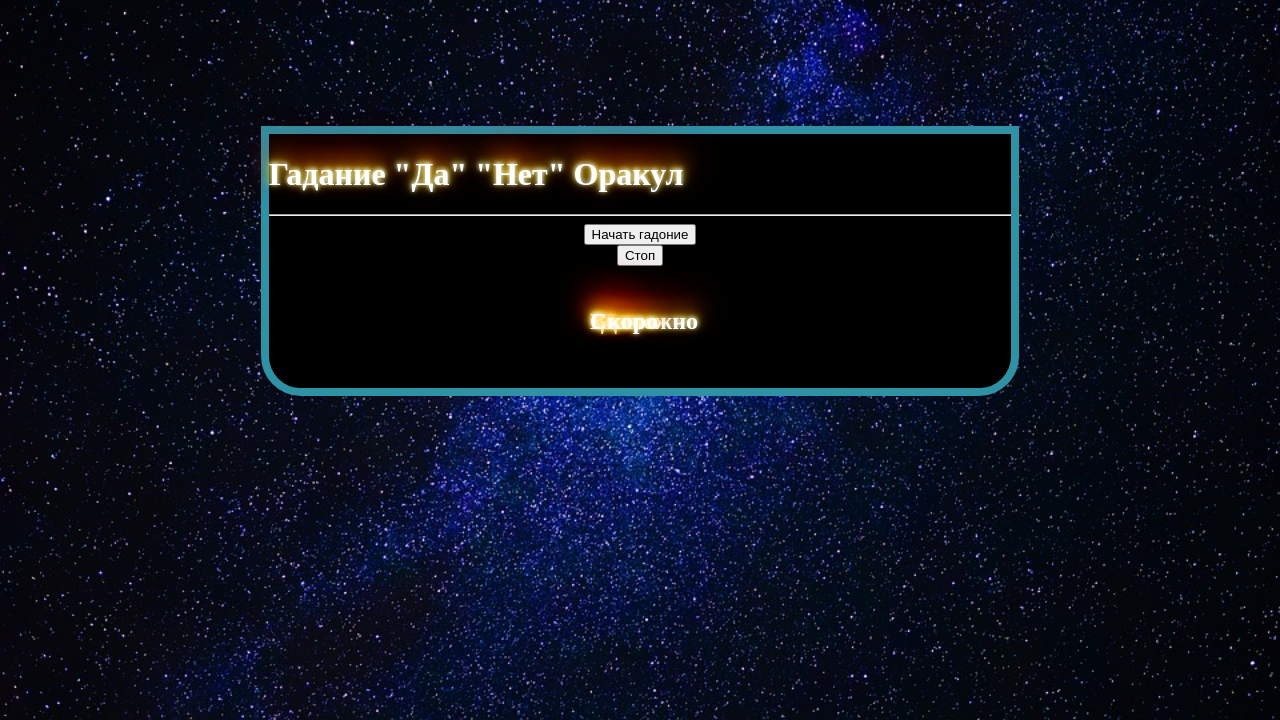
Repository: vadhub/JSP-Service
Page: http://localhost/JSPage/
The author's editor kept a copy of each file at every save. The page is drawn from the files as they stood at one save, then again after the next save.
The browser window is 1280 px wide. The pictures show the whole page.
The page is served by Tomcat 9. Other server files are loaded and not shown.

Above is the page before, as saved 2019-07-23 09:47:53.
Console error: ReferenceError: docement is not defined

### JSPage/WebContent/index.jsp
<%@page import="java.io.PrintWriter"%>
<%@ page language="java" contentType="text/html; charset=UTF-8" pageEncoding="UTF-8"%>
<!DOCTYPE html>
<html>
<head>
<meta charset="UTF-8">
<title>Service</title>

<link rel="stylesheet" href="${pageContext.request.contextPath}/styles.css">
<script type="text/javascript" src="${pageContext.request.contextPath}/scripts.js"></script>

</head>
<body>
<div class=cont>
<h1>Гадание "Дa" "Нет"     Оракул</h1>

<hr/>
<%!String answers[] = {"Да", "Нет", "Возможно", "Скоро"}; %>
<%!int i = (int) (Math.random()*4); %>


<center>
 <form method="post">
 <input type="submit" name="button1" value="Начать гадоние"/>

 </form>
 <input type="submit" name="but" value="Стоп" onclick="anima.nextElementSibling.classList.toggle('paused');" id="stopbtn"/>
<div>
 	<div class="loader" id="anima">
 	 <span><h2>Да</h2></span>
  	<span><h2>Нет</h2></span>
  	<span><h2>Возможно</h2></span>
  	<span><h2>Скоро</h2></span>

  	<h1><%if(request.getParameter("button1") != null){ %>
		<%= answers[i]%>
		<%}%>
	</h1>
	</div>
</div>
<center/>

</div>
</body>
</html>

### JSPage/WebContent/styles.css
h1{

	color: #FFFFFF;
	background: #000;
	text-shadow: 0 -1px 4px #FFF, 0 -2px 10px #ff0, 0 -10px 20px #ff8000, 0 -18px 40px #F00;
}


div.cont{
	margin-top:10%;
	margin-bottom:-5%;
	margin-left:20%;
	margin-right:20%;
	border: 8px solid #2E91A4;
	border-radius: 0px 0px 40px 40px;
	background: #000;
}
@keyframes span-1 {
  0% {transform:translate(100px);}
  50% {transform:translate(50px);}
  100%{transform:translate(0);}
  from { opacity: 1; }
    to { opacity: 0; }
  }
@keyframes span-2 {
   0% {transform:translate(0px, 50px);}
  50% {transform:translate(0, 20px);}
  100%{transform:translate(0);}
  from { opacity: 1; }
    to { opacity: 0; }
  }
@keyframes span-3 {
   0% {transform:translate(0px, -50px);}
  50% {transform:translate(0, -20px);}
  100%{transform:translate(0);}
  from { opacity: 1; }
    to { opacity: 0; }
  }
@keyframes span-4 {
  0% {transform:translate(-100px);}
  50% {transform:translate(-50px);}
  100%{transform:translate(0);}
  from { opacity: 1; }
    to { opacity: 0; }
  }


.loader {
  width: 100px;
  height: 100px;
  position: relative;
  animation: loader 2s infinite ease-in-out;
  color: #FFFFFF;
  text-shadow: 0 -1px 4px #FFF, 0 -2px 10px #ff0, 0 -10px 20px #ff8000, 0 -18px 40px #F00;
}

.loader span {
  width: 50px;
  height: 50px;
  position: absolute;
  left: 0;
  top: 0;

}
.loader span:nth-child(1) {
 	animation: span-1 5s ease-in-out;
}
.loader span:nth-child(2) {
  animation: span-2 5s ease-in-out;
}
.loader span:nth-child(3) {
  animation: span-3 5s ease-in-out;
}
.loader span:nth-child(4) {
  animation: span-4 5s ease-in-out;
  }

body{
	background: url(0.jpg) no-repeat;
    -moz-background-size: 100%; /* Firefox 3.6+ */
    -webkit-background-size: 100%; /* Safari 3.1+ è Chrome 4.0+ */
    -o-background-size: 100%; /* Opera 9.6+ */
    background-size: 100%; /* Ñîâðåìåííûå áðàóçåðû *
}

### JSPage/WebContent/scripts.js
docement.getElementById("stopbtn").addEventListener("click", function() {
	docement.getElementById("anima").style.animation = "";
})

After the next save:
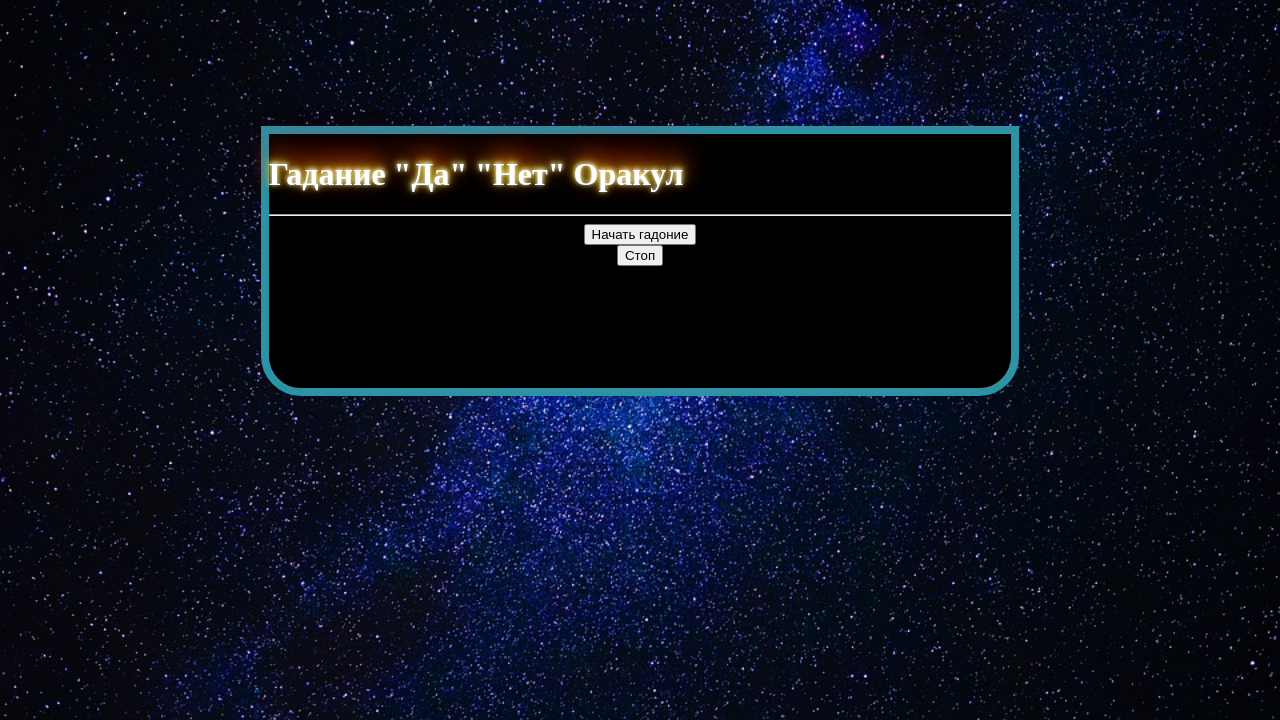
Saved 40 s later.
--- a/JSPage/WebContent/styles.css
+++ b/JSPage/WebContent/styles.css
@@ -52,6 +52,7 @@
   animation: loader 2s infinite ease-in-out;
   color: #FFFFFF;
   text-shadow: 0 -1px 4px #FFF, 0 -2px 10px #ff0, 0 -10px 20px #ff8000, 0 -18px 40px #F00;
+  opacity: 0;
 }
 
 .loader span {

After the save that followed:
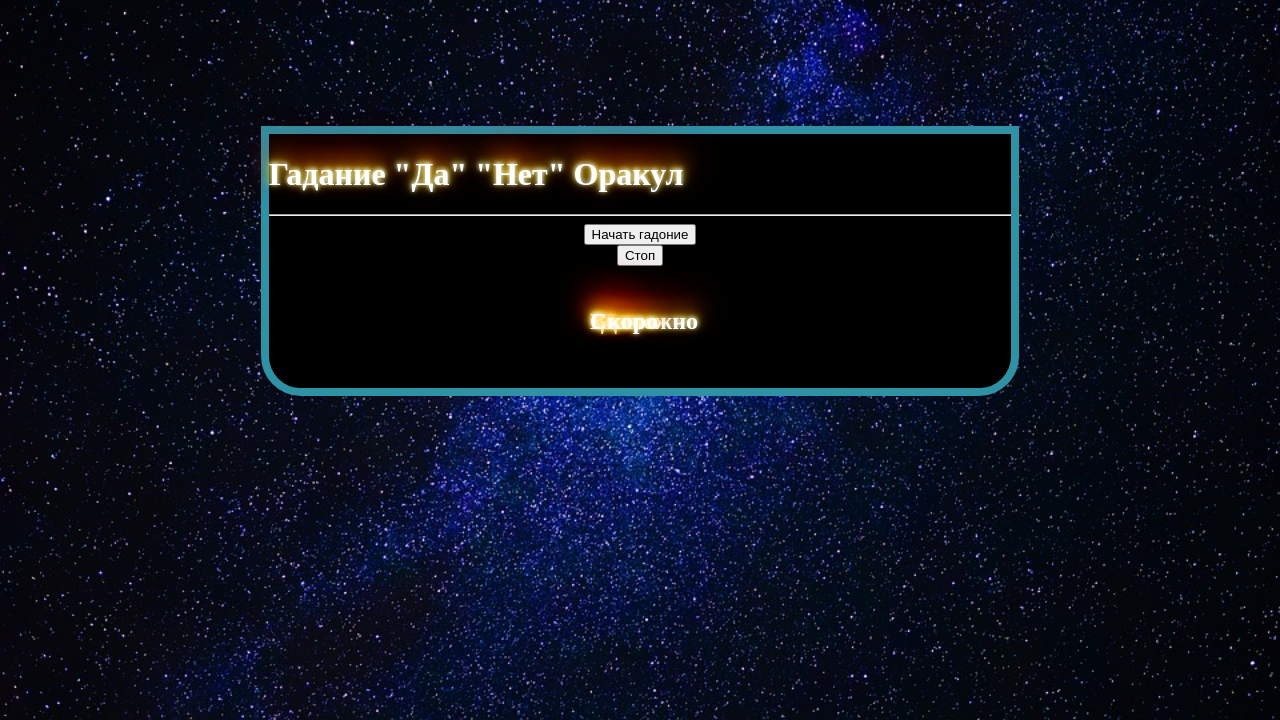
Saved 15 s later.
--- a/JSPage/WebContent/styles.css
+++ b/JSPage/WebContent/styles.css
@@ -52,7 +52,7 @@
   animation: loader 2s infinite ease-in-out;
   color: #FFFFFF;
   text-shadow: 0 -1px 4px #FFF, 0 -2px 10px #ff0, 0 -10px 20px #ff8000, 0 -18px 40px #F00;
-  opacity: 0;
+
 }
 
 .loader span {
